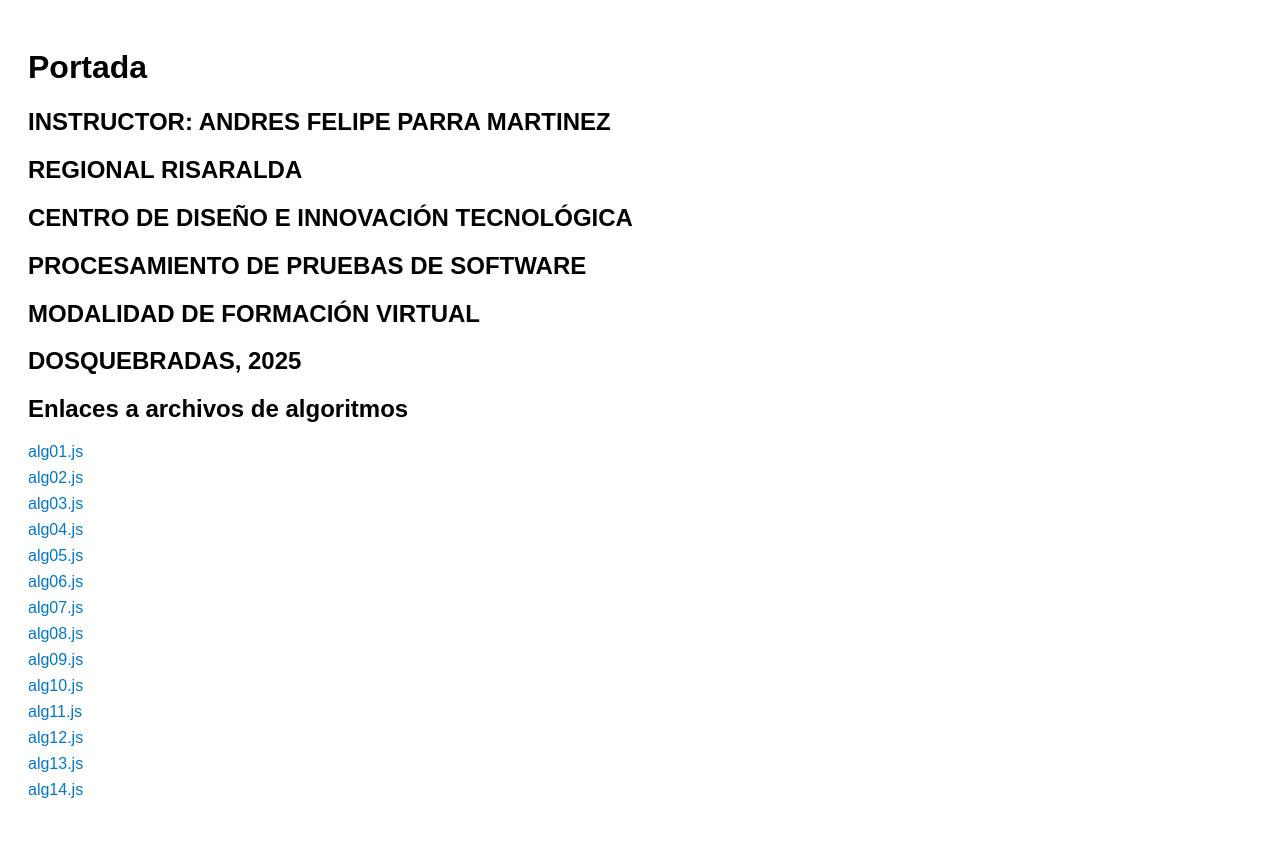
Repository: rlhardrock/SENATallerAlgoritmos01
Page: algoritmo.html
An editor plug-in stored every save of this project. The page is shown before and after the next save, followed by the edit.
The browser window is 1280 px wide. The pictures show the whole page.

Above is the page before, as saved 2025-04-23 16:16:15.

### algoritmo.html
<!DOCTYPE html>
<html lang="es">
<head>
  <meta charset="UTF-8">
  <title>Portada y Enlaces a Algoritmos</title>
  <style>
    body {
      font-family: Arial, sans-serif;
      padding: 20px;
    }
    ul {
      list-style: none;
      padding-left: 0;
    }
    li {
      margin: 8px 0;
    }
    a {
      text-decoration: none;
      color: #0077cc;
    }
    a:hover {
      text-decoration: underline;
    }
  </style>
</head>
<body>

  <h1>Portada</h1>
  <div>
    <h2></h2>
    <h2></h2>
    <h2>INSTRUCTOR: ANDRES FELIPE PARRA MARTINEZ</h2>
    <h2></h2>
    <h2>REGIONAL RISARALDA</h2>
    <h2>CENTRO DE DISEÑO E INNOVACIÓN TECNOLÓGICA</h2>
    <h2>PROCESAMIENTO DE PRUEBAS DE SOFTWARE</h2>
    <h2>MODALIDAD DE FORMACIÓN VIRTUAL</h2>
    <h2>DOSQUEBRADAS, 2025</h2>
  </div>

  <h2>Enlaces a archivos de algoritmos</h2>
  <ul>
    <li><a href="alg01.js">alg01.js</a></li>
    <li><a href="alg02.js">alg02.js</a></li>
    <li><a href="alg03.js">alg03.js</a></li>
    <li><a href="alg04.js">alg04.js</a></li>
    <li><a href="alg05.js">alg05.js</a></li>
    <li><a href="alg06.js">alg06.js</a></li>
    <li><a href="alg07.js">alg07.js</a></li>
    <li><a href="alg08.js">alg08.js</a></li>
    <li><a href="alg09.js">alg09.js</a></li>
    <li><a href="alg10.js">alg10.js</a></li>
    <li><a href="alg11.js">alg11.js</a></li>
    <li><a href="alg12.js">alg12.js</a></li>
    <li><a href="alg13.js">alg13.js</a></li>
    <li><a href="alg14.js">alg14.js</a></li>
  </ul>

</body>
</html>

After the next save:
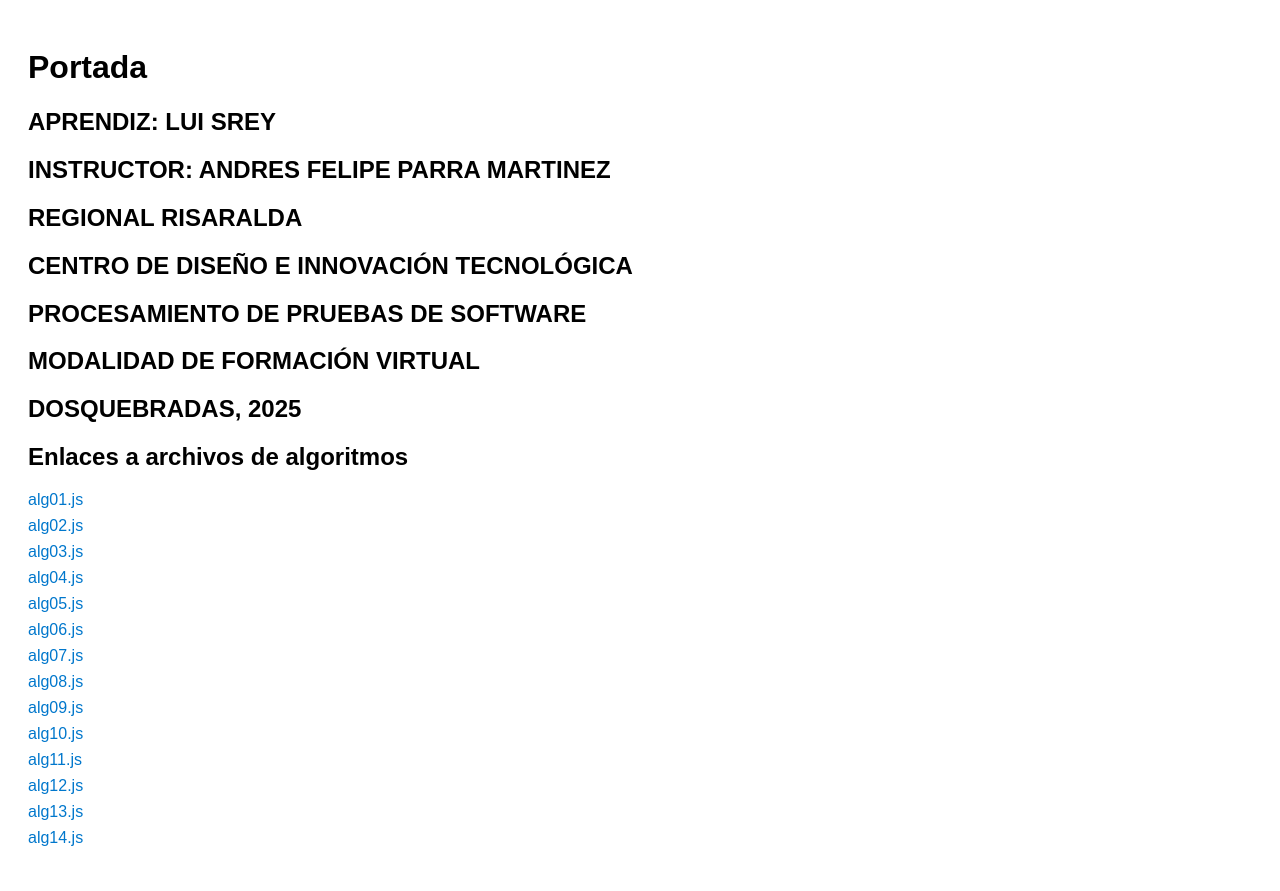
Saved 7 s later.
--- a/algoritmo.html
+++ b/algoritmo.html
@@ -29,7 +29,7 @@
   <h1>Portada</h1>
   <div>
     <h2></h2>
-    <h2></h2>
+    <h2>APRENDIZ: LUI SREY</h2>
     <h2>INSTRUCTOR: ANDRES FELIPE PARRA MARTINEZ</h2>
     <h2></h2>
     <h2>REGIONAL RISARALDA</h2>
